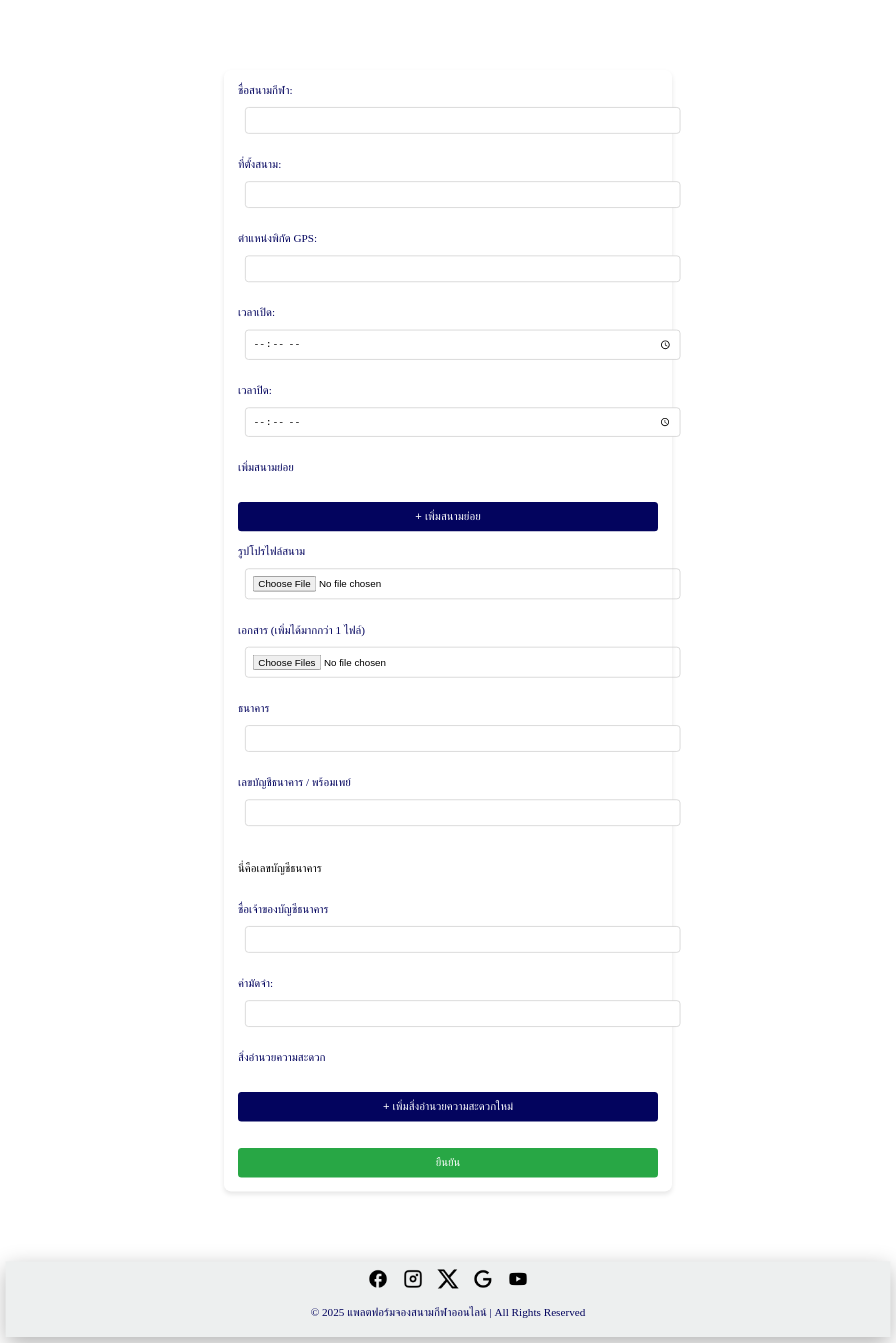
Repository: narawit101/project2
Page: /register-field (app in frontend/)
An editor plug-in stored every save of this project. The page is shown before and after the next save, followed by the edit.
The browser window is 1280 px wide. The pictures show the whole page, at 70% of full size.
The page's requests for data from a server got no answer. The project was rebuilt for these pictures with package versions that can differ from the ones it lists, and the page was loaded fresh each time. The framework's server and built-in components were replaced by stand-ins that run in the browser. No one was signed in, and anything a server would have sent is missing. Also part of the build but not shown: frontend/next.config.js, frontend/next.config.mjs, frontend/src/app/globals.css.

Above is the page before, as saved 2025-03-19 11:35:22.

After the next save:
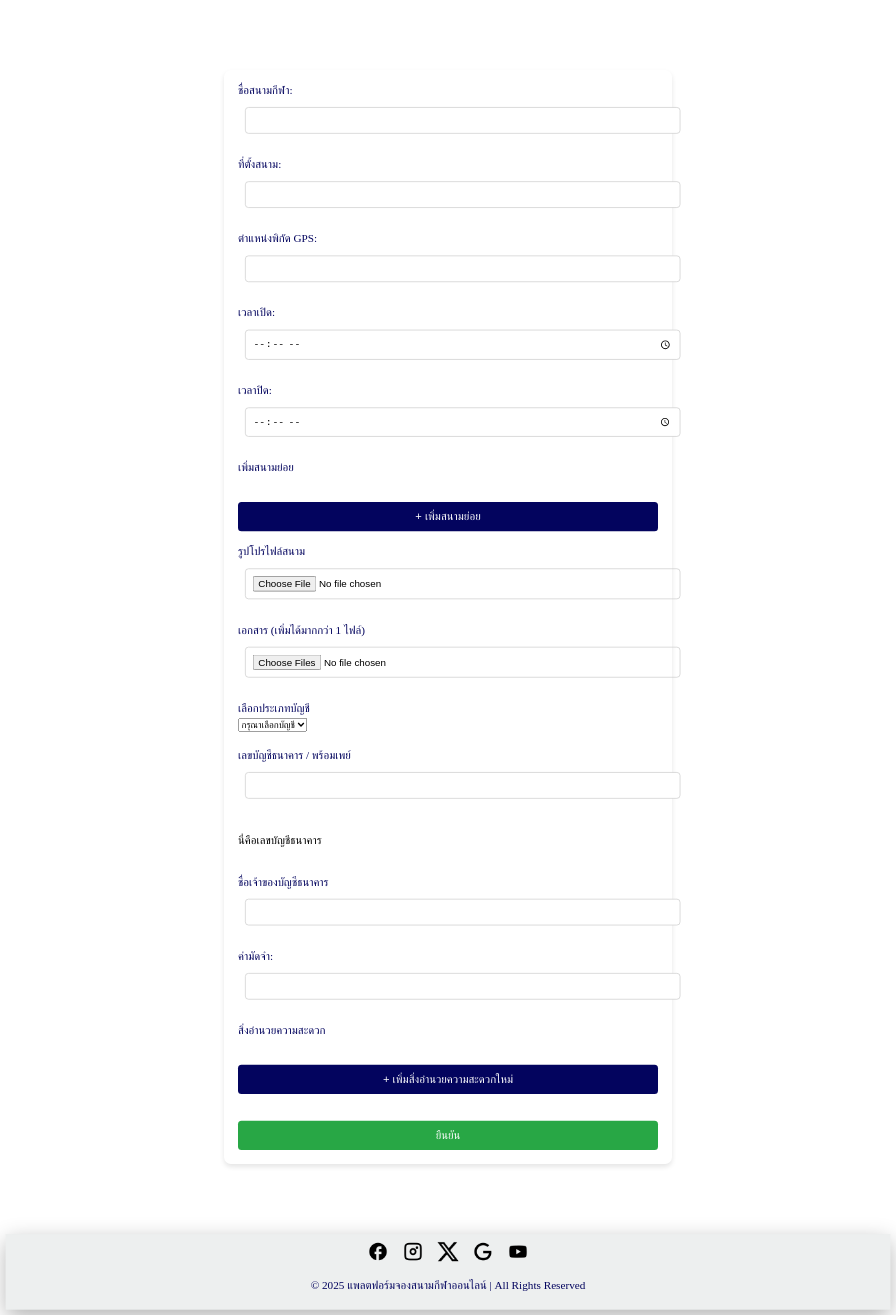
Saved 6 min 38 s later.
--- a/frontend/src/app/components/RegisterFieldForm.jsx
+++ b/frontend/src/app/components/RegisterFieldForm.jsx
@@ -405,53 +405,56 @@ export default function RegisterFieldForm() {
           </div>
         )} */}
 
-        <div className="input-group">
-          <label htmlFor="bank">ธนาคาร</label>
-          <input
-            type="text"
-            name="name_bank"
-            value={fieldData.name_bank}
-            onChange={handleFieldChange}
-          />
-        </div>
-        <div className="input-group">
-          <label htmlFor="bank">เลขบัญชีธนาคาร / พร้อมเพย์</label>
-          <input
-            type="number"
-            name="number_bank"
-            value={fieldData.number_bank}
-            onChange={(e) => {
-              const value = e.target.value;
-
-              // ✅ อนุญาตเฉพาะตัวเลข
-              if (/^\d*$/.test(value)) {
-                setFieldData({ ...fieldData, number_bank: value });
-              }
-            }}
-            onBlur={() => {
-              const isPromptPay = fieldData.name_bank === "พร้อมเพย์";
-              const length = fieldData.number_bank.length;
-
-              // ✅ ตรวจสอบความถูกต้องของเลขที่กรอก
-              if (
-                (!isPromptPay && length !== 12) || // ✅ ถ้าเป็นบัญชีธนาคารต้อง 13 หลัก
-                (isPromptPay && length !== 10 && length !== 13) // ✅ ถ้าเป็นพร้อมเพย์ต้อง 10 หรือ 13 หลัก
-              ) {
-                alert("เลขที่กรอกไม่ถูกต้อง กรุณากรอกให้ตรงกับเงื่อนไข");
-                setFieldData({ ...fieldData, number_bank: "" }); // ❌ เคลียร์ค่า
-              }
-            }}
-            maxLength={13} // ✅ จำกัดสูงสุดที่ 13 หลัก
-          />
-        </div>
-        <div className="input-group">
-          <p>
-            {" "}
-            {fieldData.name_bank === "พร้อมเพย์"
-              ? "นี่คือหมายเลขพร้อมเพย์"
-              : "นี่คือเลขบัญชีธนาคาร"}
-          </p>
-        </div>
+<div className="input-group">
+  <label htmlFor="bank">เลือกประเภทบัญชี</label>
+  <select
+    name="name_bank"
+    value={fieldData.name_bank}
+    onChange={handleFieldChange}
+  >
+    <option value="">กรุณาเลือกบัญชี</option>
+    <option value="ธนาคาร">ธนาคาร</option>
+    <option value="พร้อมเพย์">พร้อมเพย์</option>
+  </select>
+</div>
+
+<div className="input-group">
+  <label htmlFor="bank">เลขบัญชีธนาคาร / พร้อมเพย์</label>
+  <input
+    type="number"
+    name="number_bank"
+    value={fieldData.number_bank}
+    onChange={(e) => {
+      const value = e.target.value;
+      // ✅ อนุญาตเฉพาะตัวเลข
+      if (/^\d*$/.test(value)) {
+        setFieldData({ ...fieldData, number_bank: value });
+      }
+    }}
+    onBlur={() => {
+      const isPromptPay = fieldData.name_bank === "พร้อมเพย์";
+      const length = fieldData.number_bank.length;
+
+      // ✅ ตรวจสอบความถูกต้องของเลขที่กรอก
+      if (
+        (!isPromptPay && length !== 12) || // ถ้าเป็นบัญชีธนาคารต้อง 12 หลัก
+        (isPromptPay && length !== 10 && length !== 13) // ถ้าเป็นพร้อมเพย์ต้อง 10 หรือ 13 หลัก
+      ) {
+        setMessage("เลขที่กรอกไม่ถูกต้อง กรุณากรอกให้ตรงกับเงื่อนไข");
+        setFieldData({ ...fieldData, number_bank: "" }); // เคลียร์ค่า
+      }
+    }}
+    maxLength={13} // ✅ จำกัดสูงสุดที่ 13 หลัก
+  />
+</div>
+
+<div className="input-group">
+  <p>
+    {fieldData.name_bank === "พร้อมเพย์"
+      ? "นี่คือหมายเลขพร้อมเพย์"
+      : "นี่คือเลขบัญชีธนาคาร"}
+  </p>
+</div>
         <div className="input-group">
           <label htmlFor="bank">ชื่อเจ้าของบัญชีธนาคาร</label>
           <input
